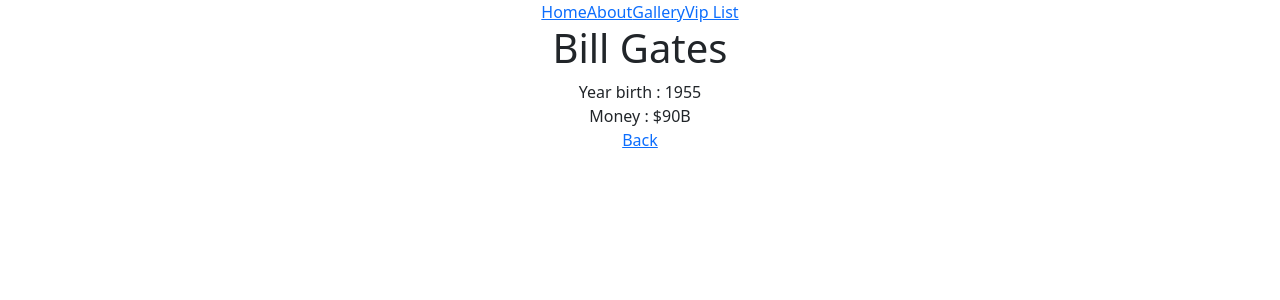
Repository: saargold/reactTest
Page: /vip/0
These files come from the project's save history. The page is drawn as it stood at one moment and after the next save; the edit follows.
The browser window is 1280 px wide. The pictures show the whole page.
The project was rebuilt for these pictures with package versions that can differ from the ones it lists, and the page was loaded fresh each time. A package was used in the major version that the imports need, not the one package.json lists. Also part of the build but not shown: src/App.css, src/api/Apicomp.js, src/input/MoviesInput.js, src/components/MovieList.js, src/components/AppMovies.js, src/components/Gallery.js, src/components/About.js, src/components/Home.js and 1 more.

Above is the page before, as saved 2022-09-07 14:22:01.

### src/App.js
import logo from './logo.svg';
import './App.css';
import Apicomp from './api/Apicomp';
import AppMovies from './components/AppMovies';
import {BrowserRouter as Router ,Switch,Route,Link} from 'react-router-dom'
import Gallery from './components/Gallery';
import About from './components/About';
import Home from './components/Home';
import VipList from './components/VipList';
import VipInfo from './components/VipInfo';
function App() {
  return (
    <Router>
    <div className="App text-center">
    <header>
      <Link to='/'>Home</Link>
      <Link to='/about'>About</Link>
      <Link to='/gallery'>Gallery</Link>
      <Link to='/vip'>Vip List</Link>

    </header>
    <Switch>
    <Route exact path="/" component={Home}></Route>
    <Route exact path="/about" component={About}></Route>
    <Route exact path="/gallery" component={Gallery}></Route>
    <Route exact path="/vip" component={VipList}></Route>
    <Route exact path="/vip/:id" component={VipInfo}></Route>

    </Switch>
    {/* <Apicomp/> */}
    {/* <AppMovies/> */}
    </div>
    </Router>
  );
}

export default App;

### src/components/VipInfo.js
import React from 'react'
import { Link } from 'react-router-dom';
import {vip_ar} from '../data/Vip.js'
function VipInfo(props) {
    let indexParam = props.match.params.id;
    let item=vip_ar[indexParam];
  return (
    <div>
    <h1>{item.name}</h1>
    <div>Year birth : {item.birth_year}</div>
    <div>Money : {item.worth}</div>
    <Link to="/vip">Back</Link>
    </div>
  )
}

export default VipInfo

### src/data/Vip.js
export const vip_ar=
[
    {
        "name":"Bill Gates",
        "worth":"$90B",
        "birth_year":"1955",
        "source":"microsoft",
        "country":"USA",
        "image":"https://specials-images.forbesimg.com/imageserve/59d502f931358e542c034e76/200x200.jpg?background=000000&cropX1=245&cropX2=2420&cropY1=636&cropY2=2813"

    },
    {
        "name":"Warren Buffett",
        "worth":"$84B",
        "birth_year":"1931",
        "source":"Berkshire Hathaway",
        "country":"USA",
        "image":"https://specials-images.forbesimg.com/imageserve/59d5055931358e542c034ead/200x200.jpg?background=000000&cropX1=46&cropX2=693&cropY1=159&cropY2=806"

    },
    {
        "name":"Mark Zuckerberg",
        "worth":"$71B",
        "birth_year":"1984",
        "source":"Facebook",
        "country":"USA",
        "image":"https://specials-images.forbesimg.com/imageserve/59d5062131358e542c034eb7/200x200.jpg?background=000000&cropX1=419&cropX2=1409&cropY1=53&cropY2=1044"

    },
    {
        "name":"Larry Ellison",
        "worth":"$57B",
        "birth_year":"1945",
        "source":"Sun, Oracle",
        "country":"USA",
        "image":"https://specials-images.forbesimg.com/imageserve/59d5069b31358e542c034ec1/200x200.jpg?background=000000&cropX1=0&cropX2=2000&cropY1=227&cropY2=2228"

    },
    {
        "name":"Michael Bloomberg",
        "worth":"$50B",
        "birth_year":"1942",
        "source":"Bloomberg",
        "country":"USA",
        "image":"https://specials-images.forbesimg.com/imageserve/58c1d278a7ea431f321add1f/200x200.jpg?background=000000&cropX1=0&cropX2=744&cropY1=40&cropY2=784"

    }
]

Loaded but not shown: public/index.html (common file); src/index.js (common file); src/index.css (common file); src/reportWebVitals.js (common file)

After the next save:
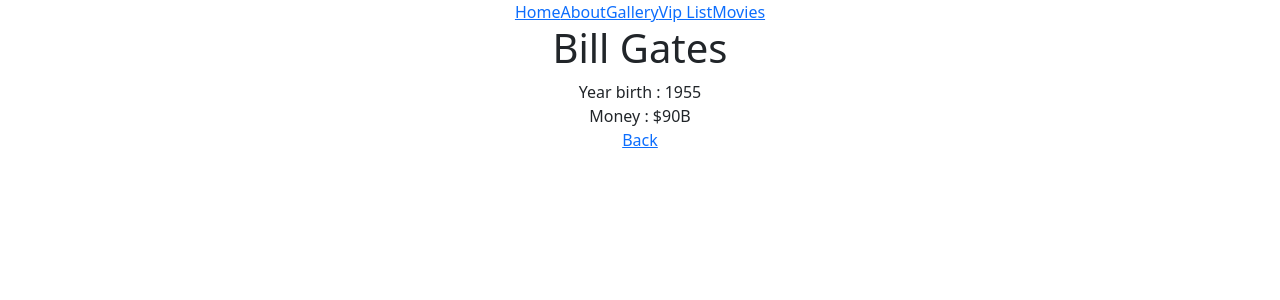
Saved 3 min 50 s later.
--- a/src/App.js
+++ b/src/App.js
@@ -17,6 +17,7 @@
       <Link to='/about'>About</Link>
       <Link to='/gallery'>Gallery</Link>
       <Link to='/vip'>Vip List</Link>
+      <Link to='/movies'>Movies</Link>
 
     </header>
     <Switch>
@@ -25,6 +26,7 @@
     <Route exact path="/gallery" component={Gallery}></Route>
     <Route exact path="/vip" component={VipList}></Route>
     <Route exact path="/vip/:id" component={VipInfo}></Route>
+    <Route exact path="/movies" component={AppMovies}></Route>
 
     </Switch>
     {/* <Apicomp/> */}
